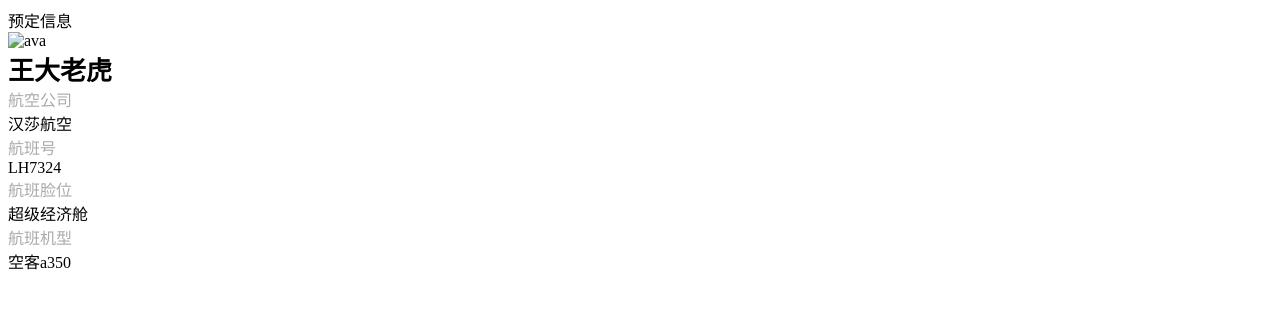
Repository: xzm1997/react-learning
Page: /
These files come from the project's save history. The page is drawn as it stood at one moment and after a run of saves; the edit follows.
The browser window is 1280 px wide. The pictures show the whole page.
The project was rebuilt for these pictures with package versions that can differ from the ones it lists, and the page was loaded fresh each time.

Above is the page before, as saved 2023-01-31 09:26:32.

After the next 2 saves:
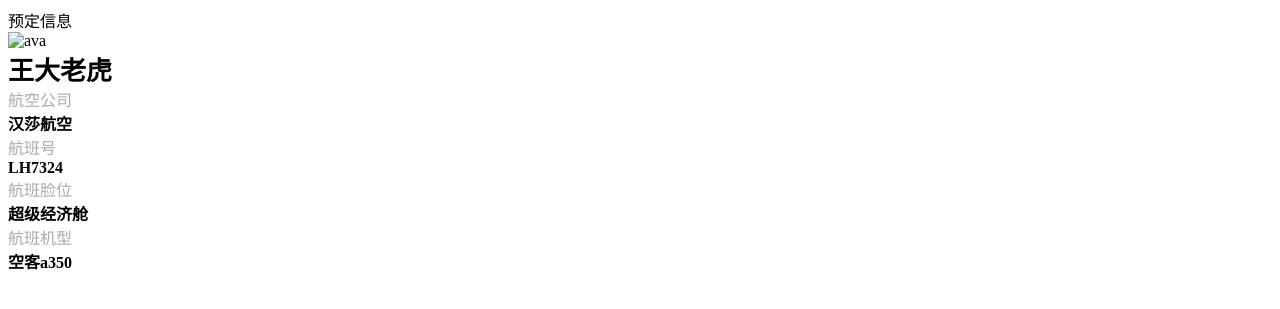
The 2 saves are shown as one change because they came seconds apart.
The last was saved 21 s later.
--- a/src/index.css
+++ b/src/index.css
@@ -9,5 +9,9 @@
 }
 
 .bookTitle {
-  color: #aaa
+  color: #aaa;
 }
+
+.bookContent {
+  font-weight: 700;
+}
